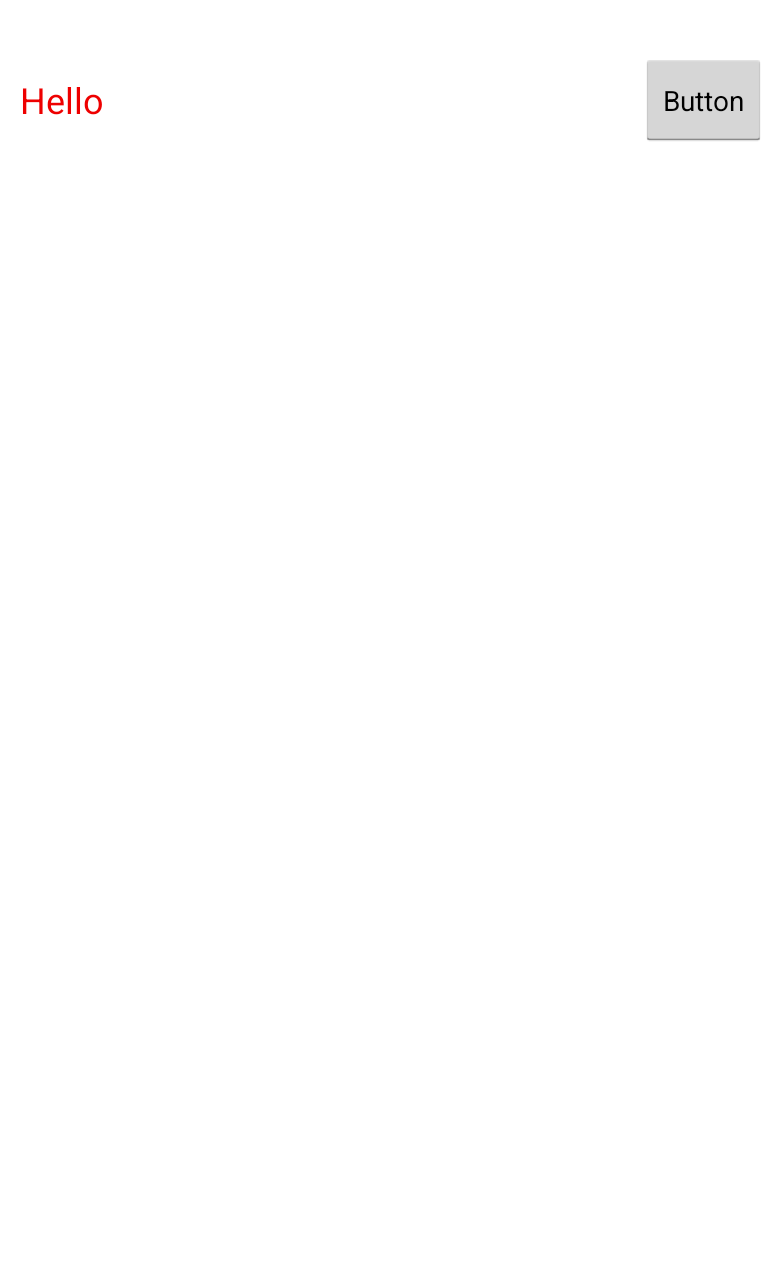
Repository: soumen91/GridView
Layout: CarApps/res/layout/row.xml
These files come from the project's save history. The layout is drawn as it stood at one moment and after the next save; the edit follows.
It is drawn on a 768 x 1280 px phone screen (xhdpi) without system bars, with theme AppTheme; the app's code is not run.

Above is the layout before, as saved 2013-06-18 14:58:53.

### CarApps/res/layout/row.xml
<?xml version="1.0" encoding="UTF-8"?>
<LinearLayout xmlns:android="http://schemas.android.com/apk/res/android"
    android:layout_width="fill_parent"
    android:layout_height="fill_parent"
    android:baselineAligned="false"
    android:descendantFocusability="blocksDescendants" >

    <LinearLayout
        android:id="@+id/main"
        android:layout_width="fill_parent"
        android:layout_height="100dp"
        android:orientation="horizontal" >

        <LinearLayout
            android:layout_width="fill_parent"
            android:layout_height="match_parent"
            android:layout_weight="1"
            android:gravity="left|center" >

            <TextView
                android:id="@+id/txtname"
                android:layout_width="wrap_content"
                android:layout_height="wrap_content"
                android:layout_marginLeft="10dp"
                android:text="Hello"
                android:textColor="@color/red"
                android:textAppearance="?android:attr/textAppearanceMedium"
                 />
        </LinearLayout>

        <LinearLayout
            android:layout_width="fill_parent"
            android:layout_height="match_parent"
            android:layout_weight="1"
            android:gravity="right|center" >

            <Button
                android:id="@+id/bttnaddress"
                style="?android:attr/buttonStyleSmall"
                android:layout_width="wrap_content"
                android:layout_height="wrap_content"
                android:text="Button" />
        </LinearLayout>
    </LinearLayout>

</LinearLayout>

### CarApps/res/values/colors.xml
<?xml version="1.0" encoding="utf-8"?>

<resources>
	<color name="white">#ffffffff</color>
	<color name="red">#ffee0000</color>
	<color name="ltgrey">#ffe0e0e0</color>
	<color name="black">#000000</color>
	<color name="blue">#0000FF</color>
	<color name="picasso_blue">#0276FD</color>
	<color name="blue_spider">#26466D</color>
	<color name="list_view_header_grey">#6E6E6E</color>
</resources>

Loaded but not shown: CarApps/res/values/styles.xml (common file); CarApps/res/values-v11/styles.xml (common file); CarApps/res/values-v14/styles.xml (common file)

After the next save:
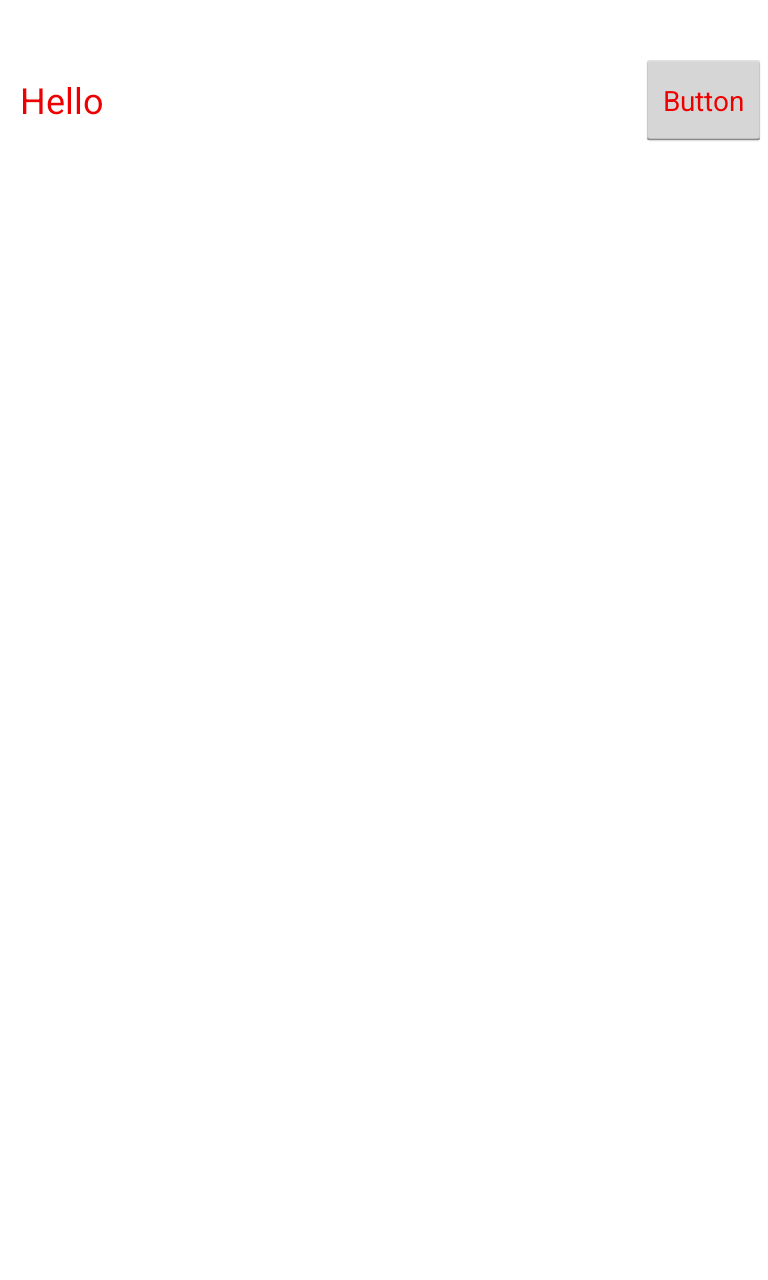
Saved 66 s later.
--- a/CarApps/res/layout/row.xml
+++ b/CarApps/res/layout/row.xml
@@ -39,6 +39,7 @@
                 style="?android:attr/buttonStyleSmall"
                 android:layout_width="wrap_content"
                 android:layout_height="wrap_content"
+                android:textColor="@color/red"
                 android:text="Button" />
         </LinearLayout>
     </LinearLayout>
